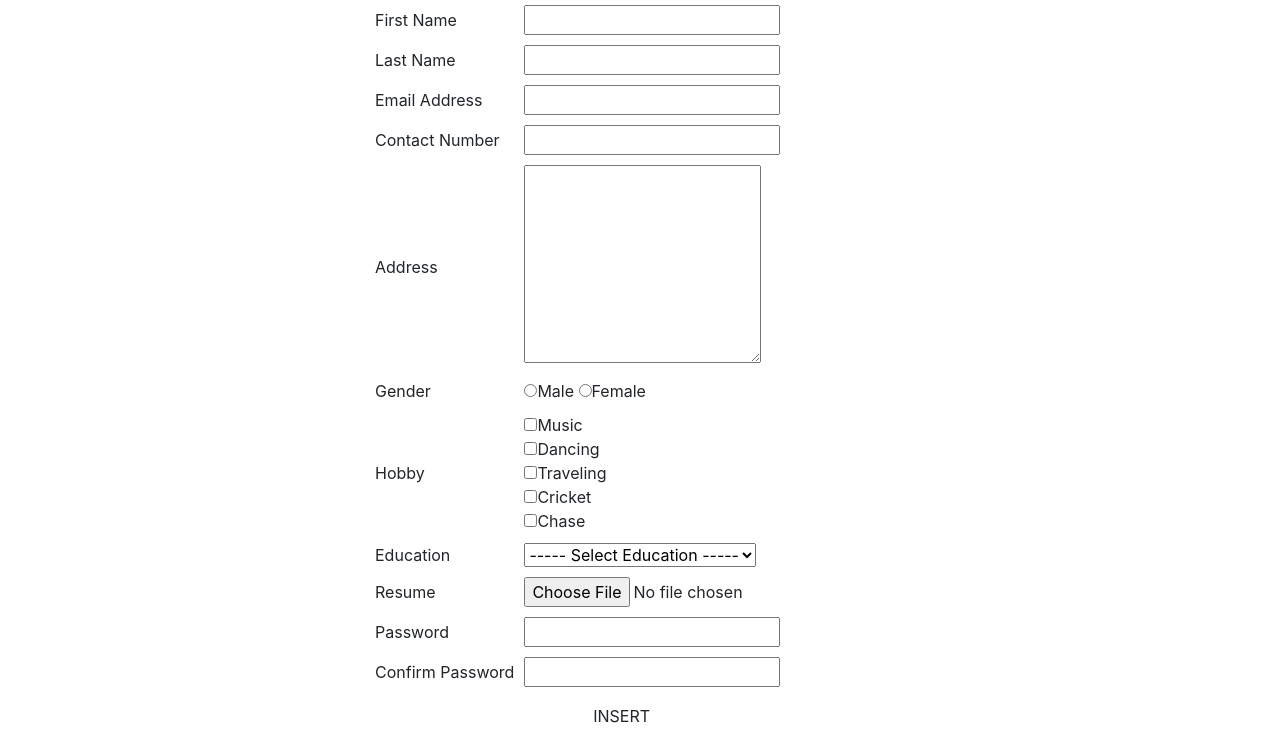
Repository: dhiren1618/OCT-JAVA-2023
Page: http://localhost/AdvancedJava/bootstrap.jsp
These files come from the project's save history. The page is drawn as it stood at one moment and after the next save; the edit follows.
The browser window is 1280 px wide. The pictures show the whole page.
The page is served by Tomcat 9.

Above is the page before, as saved 2024-06-15 10:49:41.

After the next save:
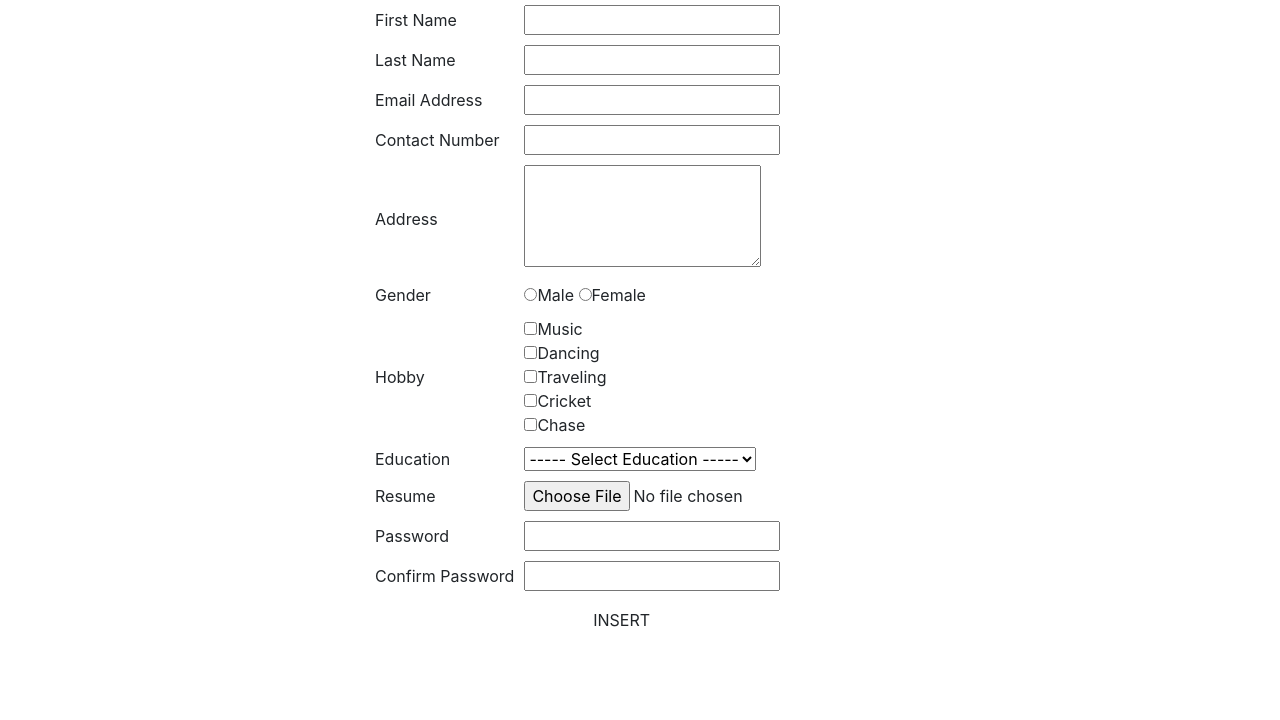
Saved 42 s later.
--- a/AdvancedJava/src/main/webapp/bootstrap.jsp
+++ b/AdvancedJava/src/main/webapp/bootstrap.jsp
@@ -47,7 +47,7 @@
 
 			<tr>
 				<td>Address</td>
-				<td><textarea cols="21" rows="8" name="address"></textarea></td>
+				<td><textarea cols="21" rows="4" name="address"></textarea></td>
 			</tr>
 
 			<tr>
